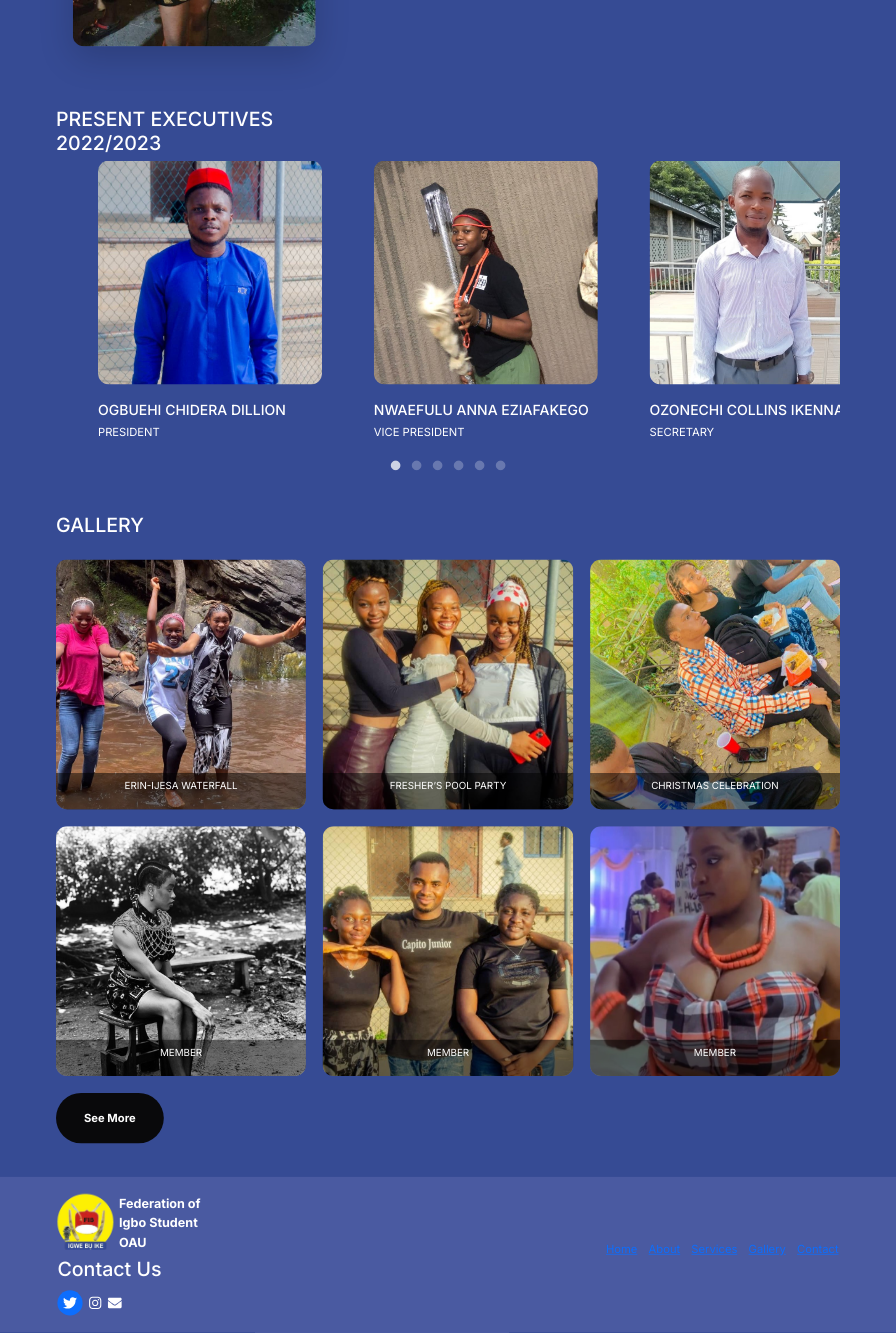
Repository: akinolapo/fis
Page: /
These files come from the project's save history. The page is drawn as it stood at one moment and after the next save; the edit follows.
The browser window is 1280 px wide. The pictures show the part of the page from y = 1525 to 3445 px (the page is 3429 px tall before and 3445 px after), at 70% of full size.
The project was rebuilt for these pictures with package versions that can differ from the ones it lists, and the page was loaded fresh each time. The framework's server and built-in components were replaced by stand-ins that run in the browser. Also part of the build but not shown: next.config.mjs.

Above is the page before, as saved 2024-05-06 13:16:37.

After the next save:
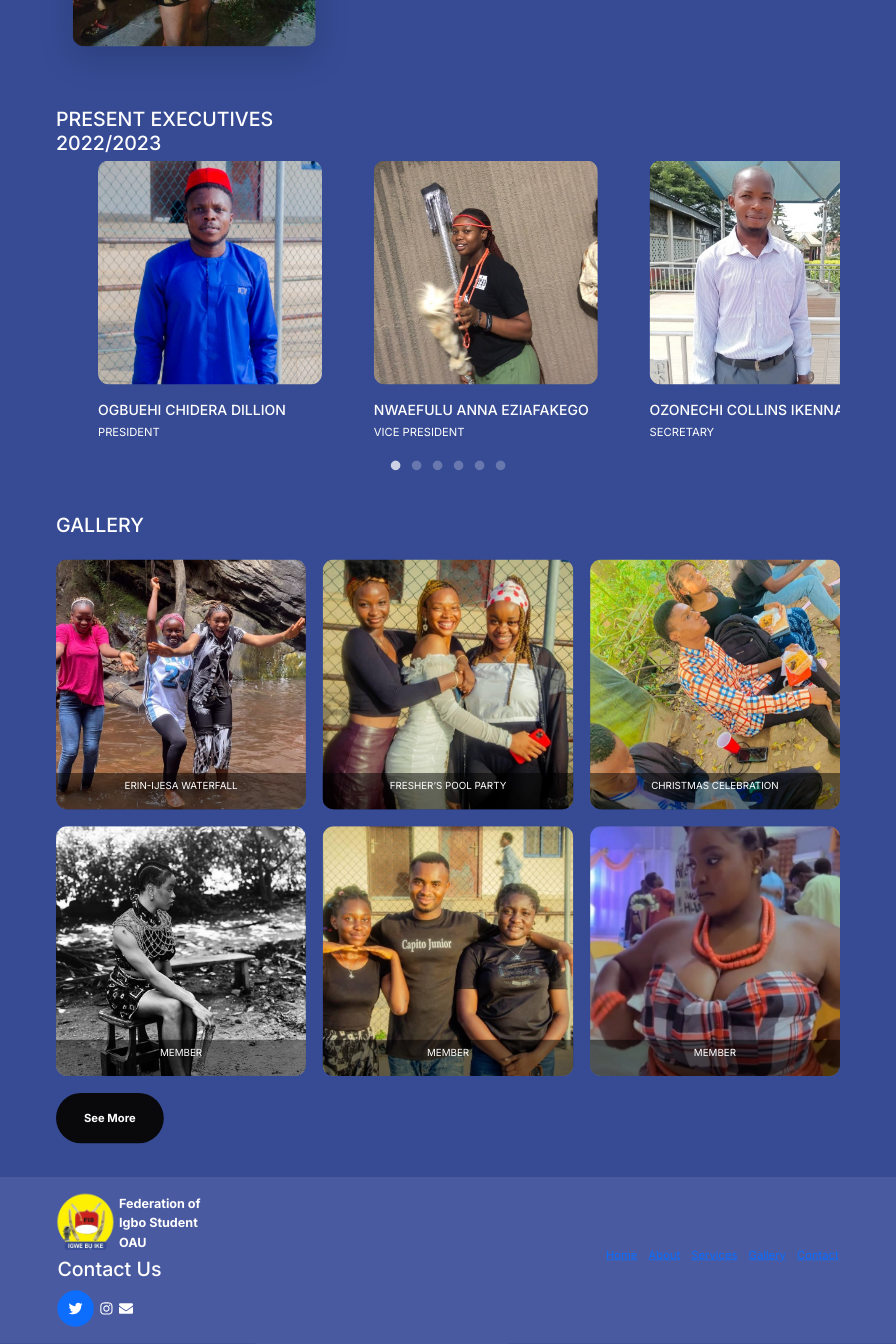
Saved 18 s later.
--- a/app/components/Footer/Footer.tsx
+++ b/app/components/Footer/Footer.tsx
@@ -19,7 +19,7 @@
                 href="https://twitter.com/"
                 target="_blank"
                 rel="noopener noreferrer"
-                className="mr-2 text-white bg-primary p-2 rounded-full"
+                className="mr-2 text-white bg-primary p-3 rounded-full"
               >
                 <FaTwitter className="text-xl" />
               </a>

After the save that followed:
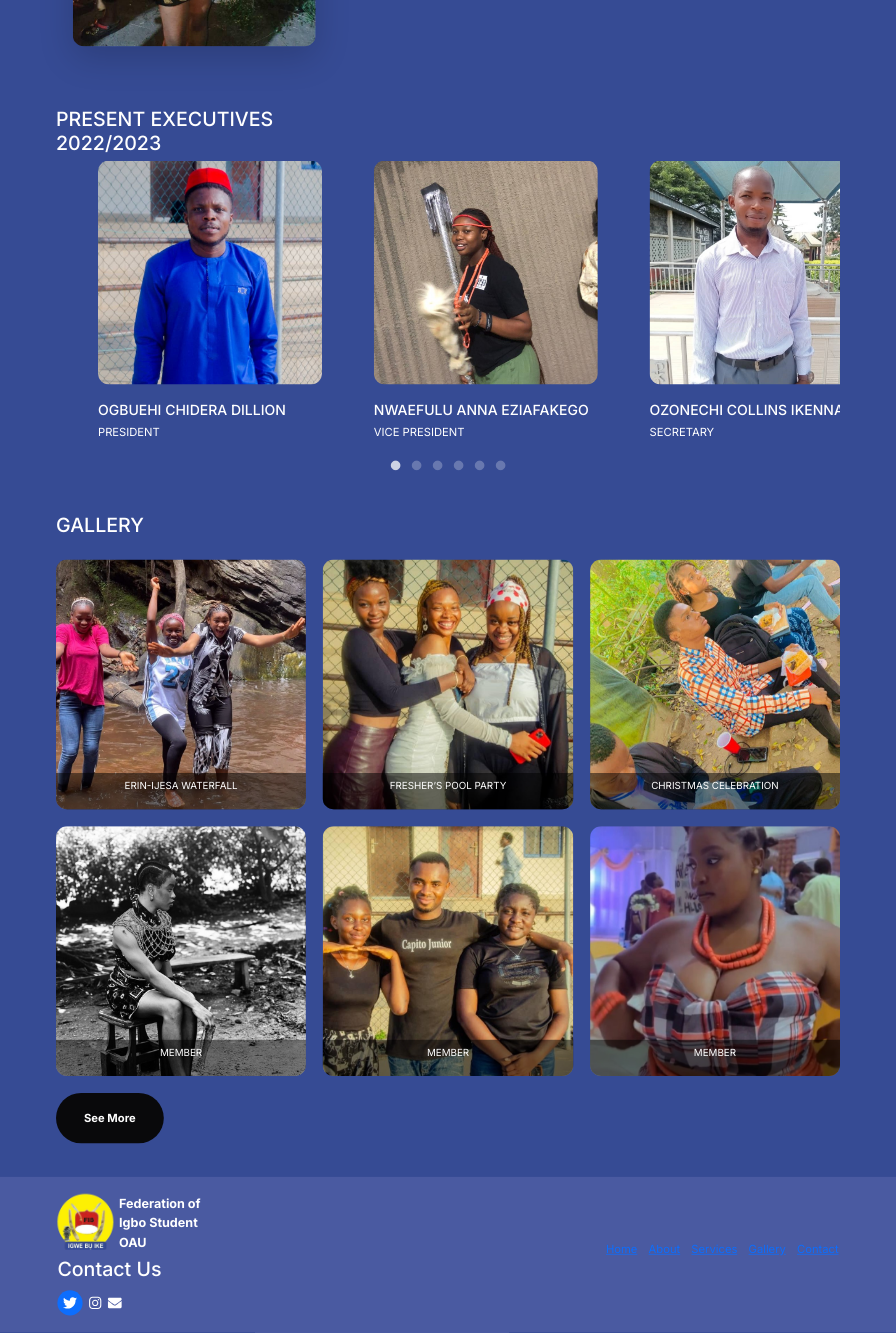
Saved 6 s later.
--- a/app/components/Footer/Footer.tsx
+++ b/app/components/Footer/Footer.tsx
@@ -19,7 +19,7 @@
                 href="https://twitter.com/"
                 target="_blank"
                 rel="noopener noreferrer"
-                className="mr-2 text-white bg-primary p-3 rounded-full"
+                className="mr-2 text-white bg-primary p-2 rounded-full"
               >
                 <FaTwitter className="text-xl" />
               </a>
